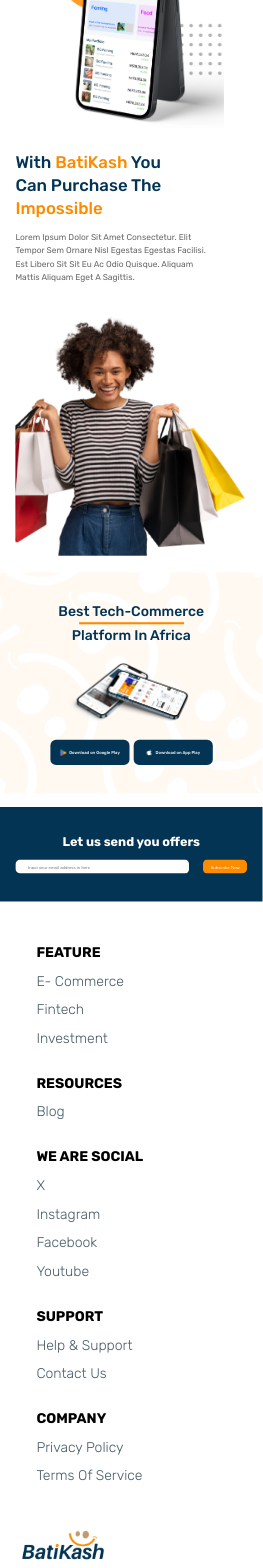
Repository: Batikashdev/batikash-website
Page: /
These files come from the project's save history. The page is drawn as it stood at one moment and after the next save; the edit follows.
The browser window is 375 px wide. The pictures show the part of the page from y = 1957 to 4197 px (the page is 4197 px tall before and 4187 px after), at 70% of full size.
The project was rebuilt for these pictures with package versions that can differ from the ones it lists, and the page was loaded fresh each time. Also part of the build but not shown: vite.config.js, src/App.css, src/pages/About.jsx, src/components/blog/blog.scss, src/components/blog/BlogPost.jsx, src/components/blog/Frame1.jsx, src/components/blog/dummydate.js, src/pages/Blog.jsx and 6 more.

Above is the page before, as saved 2024-06-23 13:41:59.

After the next save:
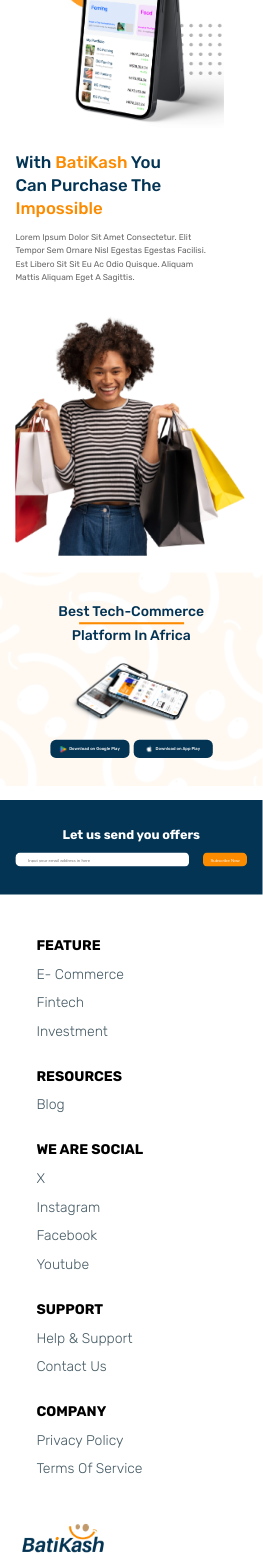
Saved 13 s later.
--- a/src/components/baseframe/baseframe.scss
+++ b/src/components/baseframe/baseframe.scss
@@ -74,7 +74,7 @@
                 align-items: center;
                 justify-content: center;
                 width: 113px;
-                height: 36px;
+                height: 26px;
                 border: none;
                 border-radius: 8px;
                 background: #033454;
